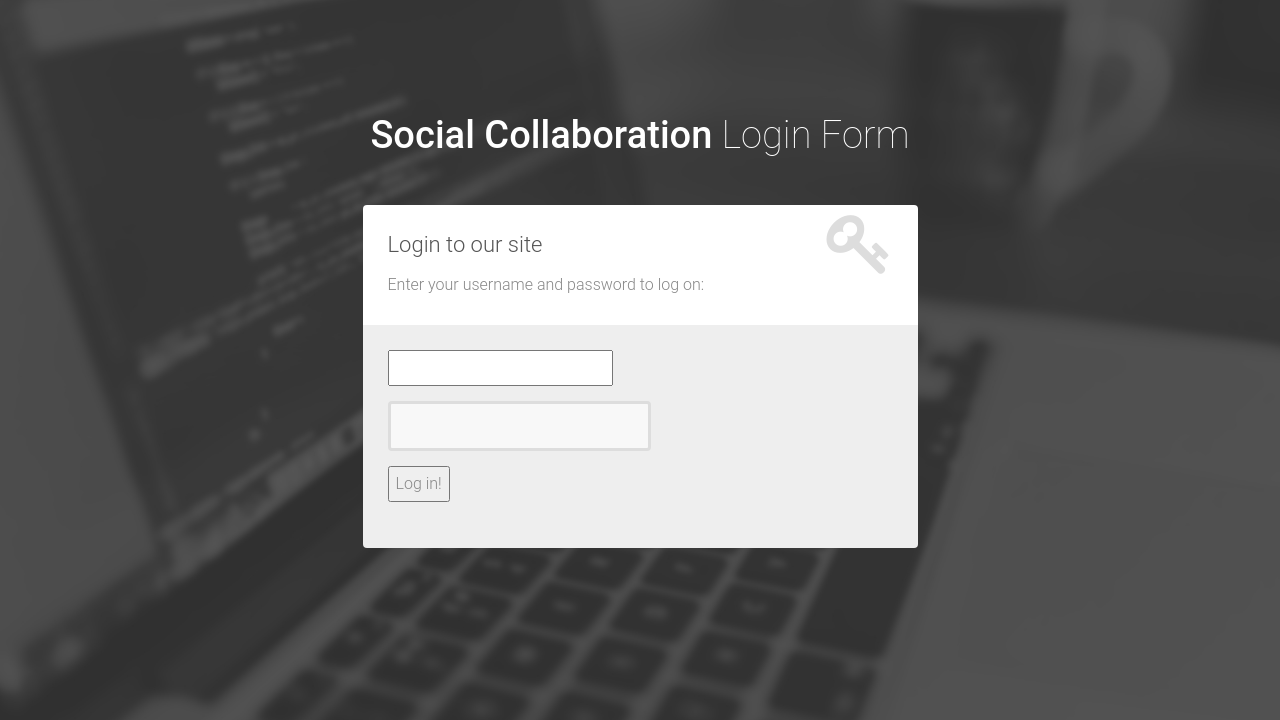
Repository: Abhi2097/Collab
Page: Final Commit of Project 2/Project 2/Frontend_Collab/WebContent/views/login.html
The author's editor kept a copy of each file at every save. The page is drawn from the files as they stood at one save, then again after the next save.
The browser window is 1280 px wide. The pictures show the whole page.

Above is the page before, as saved 2018-11-25 07:59:37.

After the next save:
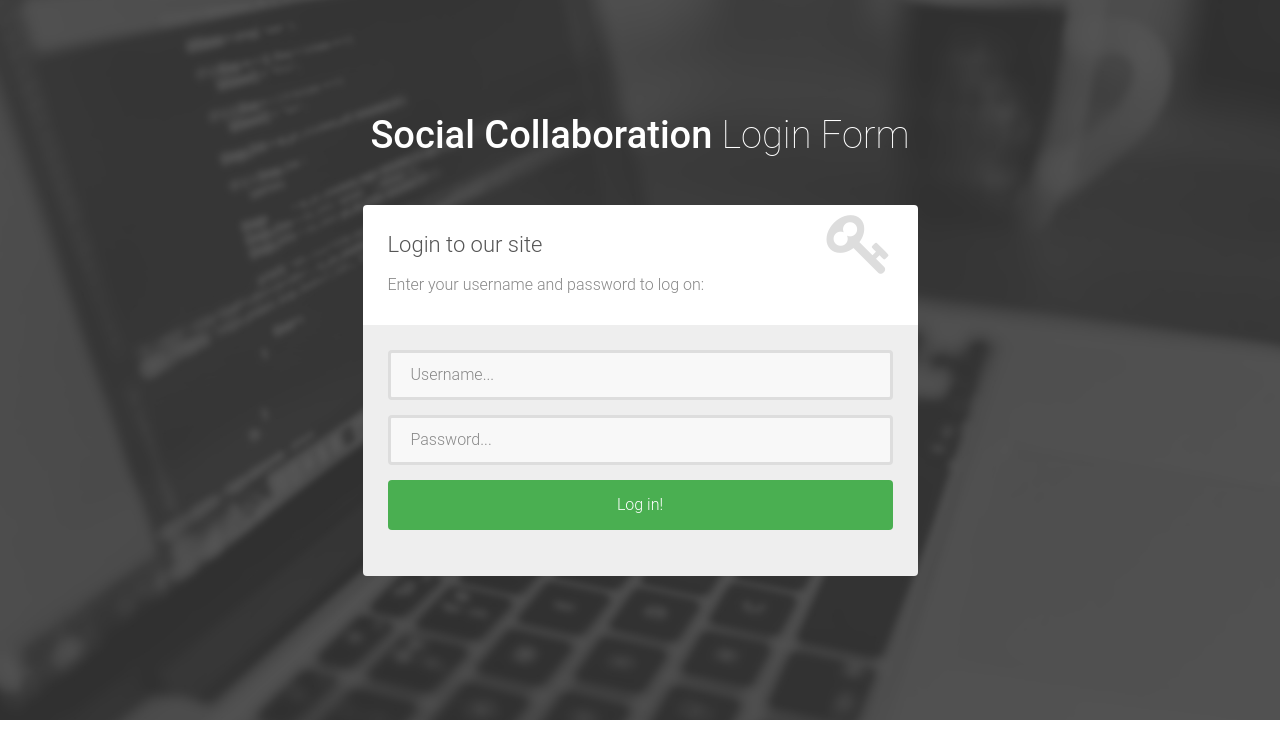
Saved 2 min 26 s later.
--- a/Final Commit of Project 2/Project 2/Frontend_Collab/WebContent/views/login.html
+++ b/Final Commit of Project 2/Project 2/Frontend_Collab/WebContent/views/login.html
@@ -37,13 +37,13 @@
 			                    <form role="form" action="" method="post" class="login-form">
 			                    	<div class="form-group">
 			                    		<label class="sr-only" for="form-username">Username</label>
-			                        	<input type="email"  ng-model="user.email">
+			                        	<input type="text" name="form-username" placeholder="Username..." class="form-username form-control" id="form-username" ng-model="user.email">
 			                        </div>
 			                        <div class="form-group">
 			                        	<label class="sr-only" for="form-password">Password</label>
-			                        	<input type="password"  ng-model="user.password">
+			                        	<input type="password" name="form-password" placeholder="Password..." class="form-password form-control" id="form-password" ng-model="user.password">
 			                        </div>
-			                        <button ng-click="login(user)" class="btn-btn-info">Log in!</button>
+			                        <button type="submit" ng-click="login(user)"  class="btn">Log in!</button>
 			                    </form>
 		                    </div>
                         </div>
